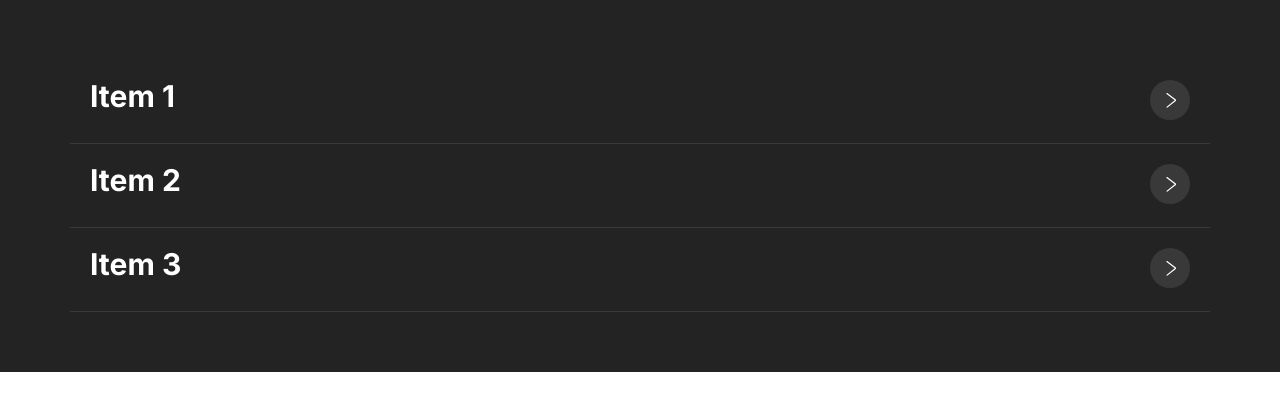
Repository: LeonUIO/first_website
Page: index.html
The author's editor kept a copy of each file at every save. The page is drawn from the files as they stood at one save, then again after a run of saves.
The browser window is 1280 px wide. The pictures show the whole page.

Above is the page before, as saved 2021-04-14 09:28:48.

### index.html
<!DOCTYPE html>
<html lang="en">
  <head>
    <meta charset="UTF-8" />
    <meta
      name="viewport"
      content="width=device-width, user-scalable=no, initial-scale=1.0, maximum-scale=1.0, minimum-scale=1.0"
    />
    <meta http-equiv="X-UA-Compatible" content="ie=edge" />
    <title>Document</title>
    <link rel="preconnect" href="https://fonts.gstatic.com" />
    <link
      href="https://fonts.googleapis.com/css2?family=Inter:wght@400;600;700&display=swap"
      rel="stylesheet"
    />
    <link rel="stylesheet" href="css/normalize.css" />
    <link rel="stylesheet" href="css/styles.css" />
  </head>
  <body>
    <footer class="block block--dark footer">
      <div class="container grid">
        <section class="collapsible footer__section">
          <div class="collapsible__header">
            <h2 class="collapsible__heading footer__heading">Item 1</h2>
            <svg class="icon icon--white collapsible--chevron">
              <use xlink:href="images/sprite.svg#chevron"></use>
            </svg>
          </div>
          <div class="collapsible__content">
            Lorem ipsum dolor sit amet consectetur, adipisicing elit. Incidunt,
            quae.
          </div>
        </section>
        <section class="collapsible footer__section">
          <div class="collapsible__header">
            <h2 class="collapsible__heading footer__heading">Item 2</h2>
            <svg class="icon icon--white collapsible--chevron">
              <use xlink:href="images/sprite.svg#chevron"></use>
            </svg>
          </div>
          <div class="collapsible__content">
            Lorem ipsum dolor sit amet consectetur, adipisicing elit. Incidunt,
            quae.
          </div>
        </section>
        <section class="collapsible footer__section">
          <div class="collapsible__header">
            <h2 class="collapsible__heading footer__heading">Item 3</h2>
            <svg class="icon icon--white collapsible--chevron">
              <use xlink:href="images/sprite.svg#chevron"></use>
            </svg>
          </div>
          <div class="collapsible__content">
            Lorem ipsum dolor sit amet consectetur, adipisicing elit. Incidunt,
            quae.
          </div>
        </section>
      </div>
    </footer>
    <script src="js/main.js"></script>
  </body>
</html>

### css/styles.css
:root {
  --color-primary: #2584ff;
  --color-secondary: #00d9ff;
  --color-accent: #ff3400;
  --color-headings: #1b0760;
  --color-body: #918ca4;
  --color-body-darker: #5c5577;
  --color-border: #ccc;
  --border-radius: 30px;
}

*,
*::after,
*::before {
  box-sizing: border-box;
}

/* Typography */
html {
  font-size: 62.5%;
}

body {
  font-family: Inter, arial, helvetica, sans-serif;
  color: var(--color-body);
  font-size: 2.4rem;
  line-height: 1.5;
}

h1,
h2,
h3 {
  color: var(--color-headings);
  margin-bottom: 1rem;
  line-height: 1.1;
}

h1 {
  font-size: 7rem;
}

h2 {
  font-size: 4rem;
}

h3 {
  font-size: 3rem;
}

@media screen and (min-width: 1024px) {
  body {
    font-size: 1.8rem;
  }

  h1 {
    font-size: 8rem;
  }

  h2 {
    font-size: 4rem;
  }

  h3 {
    font-size: 2.4rem;
  }
}

/* Links */
a {
  text-decoration: none;
}

.link-arrow {
  color: var(--color-accent);
  font-size: 2rem;
  font-weight: bold;
}

.link-arrow::after {
  content: "-->";
  margin-left: 5px;
  transition: margin-left 0.15s;
}

.link-arrow:hover::after {
  margin-left: 10px;
}

@media screen and (min-width: 1024px) {
  .link-arrow {
    font: size 1.5em;
  }
}

/* Badges */
.badge {
  white-space: nowrap;
  padding: 0.5rem 2rem;
  font-weight: 600;
  border-radius: 20px;
  font-size: 2rem;
}

.badge--primary {
  background: var(--color-primary);
  color: #fff;
}

.badge--secondary {
  background: var(--color-secondary);
  color: #fff;
}

.badge--small {
  font-size: 1.6rem;
}

@media screen and (min-width: 1024px) {
  .badge {
    font-size: 1.5rem;
  }

  .badge--small {
    font-size: 1.2rem;
  }
}

/* Lists */
.list {
  list-style: none;
  color: var(--color-headings);
  padding-left: 0;
}

.list--inline .list__item {
  display: inline-block;
  margin-right: 2rem;
}

.list--tick {
  list-style-image: url(../images/tick.svg);
  padding-left: 3rem;
}

.list--tick .list__item {
  margin-bottom: 1rem;
  padding-left: 0.5rem;
}

@media screen and (min-width: 1024px) {
  .list--tick .list__item {
    padding-left: 0;
  }
}

/* Icons */
.icon {
  width: 40px;
  height: 40px;
}

.icon--small {
  width: 30px;
  height: 30px;
}

.icon--primary {
  fill: var(--color-primary);
}

.icon--white {
  fill: #fff;
}

.icon-container {
  width: 64px;
  height: 64px;
  border-radius: 100%;
  background: #f3f9fa;
  display: inline-flex;
  justify-content: center;
  align-items: center;
}

.icon-container--accent {
  background: var(--color-accent);
}

/* Buttons */
.btn {
  border-radius: 40px;
  border: 0;
  cursor: pointer;
  font-size: 1.8rem;
  font-weight: 600;
  margin: 1rem 0;
  outline: 0;
  padding: 2rem 3rem;
  text-transform: uppercase;
  text-align: center;
  white-space: nowrap;
}

.btn .icon {
  width: 2rem;
  height: 2rem;
  margin-right: 1rem;
  vertical-align: middle;
}

.btn--primary {
  background: var(--color-primary);
  color: #fff;
}

.btn--primary:hover {
  background: #3a8ffd;
}

.btn--secondary {
  background: var(--color-secondary);
  color: #fff;
}

.btn--secondary:hover {
  background: #00c8eb;
}

.btn--accent {
  background: var(--color-accent);
  color: #fff;
}

.btn--accent:hover {
  background: #ec3000;
}

.btn--stretched {
  padding-left: 6rem;
  padding-right: 6rem;
}

.btn--block {
  width: 100%;
  display: inline-block;
}

.btn--outline {
  background: #fff;
  color: var(--color-headings);
  border: 2px solid var(--color-headings);
}

.btn--outline:hover {
  background: var(--color-headings);
  color: #fff;
}

@media screen and (min-width: 1024px) {
  .btn {
    font-size: 1.5rem;
  }
}

/* Inputs */
.input {
  border-radius: var(--border-radius);
  border: 1px solid var(--color-border);
  color: var(--color-headings);
  font-size: 2rem;
  outline: 0;
  padding: 1.5rem 3.5rem;
}

::placeholder {
  color: #cdcbd7;
}

.input-group {
  border-radius: var(--border-radius);
  border: 2px solid var(--color-border);
  display: flex;
}

.input-group .input {
  border: 0;
  flex-grow: 1;
  padding: 1.5rem 2rem;
}

.input-group .btn {
  margin: 4px;
}

@media screen and (min-width: 1024px) {
  .input {
    font-size: 1.5rem;
  }
}

/* Cards */
.card {
  border-radius: 7px;
  box-shadow: 0 0 20px 10px #f3f3f3;
  overflow: hidden;
}

.card__header,
.card__body {
  padding: 2rem 3rem;
}

.card--primary .card__header {
  background: var(--color-primary);
  color: #fff;
}

.card--secondary .card__header {
  background: var(--color-secondary);
  color: #fff;
}

.card--primary .badge--primary {
  background: #126de4;
}

.card--secondary .badge--secondary {
  background: #02cdf1;
}

/* Plans */
.plan {
  transition: transform 0.2s ease-out;
}

.plan__name {
  color: #fff;
  margin: 0;
  font-weight: 500;
  font-size: 2.4rem;
}

.plan__price {
  font-size: 6rem;
}

.plan__billing-cycle {
  font-size: 2.4rem;
  font-weight: 300;
  opacity: 0.8;
  margin-right: 1rem;
}

.plan__description {
  font-size: 2rem;
  font-weight: 300;
  letter-spacing: 1px;
  display: block;
}

.plan .list__item {
  margin-bottom: 2rem;
}

.plan--popular {
  transform: scale(1.1);
}

.plan--popular .card__header {
  position: relative;
}

.plan--popular .card__header::before {
  content: url(../images/popular.svg);
  width: 40px;
  display: inline-block;
  position: absolute;
  top: -6px;
  right: 5%;
}

.plan:hover {
  transform: scale(1.05);
}

.plan--popular:hover {
  transform: scale(1.15);
}

@media screen and (min-width: 1024px) {
  .plan__name {
    font-size: 1.4rem;
  }

  .plan__price {
    font-size: 5rem;
  }

  .plan__billing-cycle {
    font-size: 1.6rem;
  }

  .plan__description {
    font-size: 1.7rem;
  }
}

/* Media */
.media {
  display: flex;
}

.media__title {
  margin-top: 0;
}

.media__body {
  margin: 0 2rem;
}

.media__image {
  margin-top: 1rem;
}

/* Quotes */
.quote {
  font-size: 3rem;
  color: var(--color-body-darker);
  font-style: italic;
  line-height: 1.3;
}

.quote__text::before {
  content: open-quote;
}

.quote__text::after {
  content: close-quote;
}

.quote__footer {
  font-style: normal;
}

.quote--line {
  position: relative;
  bottom: 10px;
}

.quote__author {
  font-size: 3rem;
  font-weight: 500;
  margin-bottom: 0;
}

.quote__company {
  color: var(--color-headings);
  margin-top: 0;
  font-size: 2rem;
  opacity: 0.4;
}

@media screen and (min-width: 1024px) {
  .quote {
    font-size: 2rem;
  }

  .quote__author {
    font-size: 2.4rem;
  }

  .quote__company {
    font-size: 1.6rem;
  }
}

/* Grids */
.grid {
  display: grid;
}

@media screen and (min-width: 768px) {
  .grid--cols-2 {
    grid-template-columns: repeat(2, 1fr);
  }
}
@media screen and (min-width: 1024px) {
  .grid--cols-3 {
    grid-template-columns: repeat(3, 1fr);
  }
}

/* Testimonial */
.testimonial {
  padding: 3rem;
}

.testimonial__image > img {
  width: 100%;
}

.testimonial__image {
  position: relative;
}

.testimonial__image > .icon-container {
  position: absolute;
  top: 3rem;
  right: -32px;
}

@media screen and (min-width: 768px) {
  .testimonial .quote,
  .testimonial .quote__author {
    font-size: 2.4rem;
  }

  .testimonial .quote {
    margin-left: 6rem;
  }
}

@media screen and (max-width: 768px) {
  .testimonial .icon-container {
    width: 60px;
    height: 60px;
  }
  .testimonial__image > .icon-container {
    position: absolute;
    top: 3rem;
    right: -30px;
  }
}

/* Callouts */
.callout {
  border-radius: 5px;
  padding: 4rem;
}

.callout--primary {
  background: var(--color-primary);
  color: #fff;
}

.callout__heading {
  margin-top: 0;
  font-size: 3rem;
  color: #fff;
}

.callout__content {
  text-align: center;
}

.callout .btn {
  justify-self: center;
  align-self: center;
}

@media (min-width: 768px) {
  .callout .grid--cols-2 {
    grid-template-columns: 1fr auto;
  }

  .callout__content {
    text-align: left;
  }

  .callout .btn {
    justify-self: start;
    margin: 0 2rem;
  }
}

/* Collapsibles */
.collapsible__header {
  display: flex;
  justify-content: space-between;
}

.collapsible__heading {
  margin-top: 0;
  font-size: 3rem;
}

.collapsible--chevron {
  transform: rotate(-90deg);
}

.collapsible__content {
  max-height: 0;
  overflow: hidden;
  opacity: 0;
  transition: all 0.3s;
}

.collapsible--expanded .collapsible--chevron {
  transform: rotate(0);
}

.collapsible--expanded .collapsible__content {
  max-height: 100vh;
  opacity: 1;
}

/* Blocks */
.block {
  --padding-vertical: 6rem;
  padding: var(--padding-vertical) 2rem;
}

.block__header {
  text-align: center;
  margin-bottom: 4rem;
}

.block__heading {
  margin-top: 0;
}

.block--dark {
  background: #000;
  color: #7b858b;
}

.block--dark .block__heading {
  color: #fff;
}

.block--skewed-right {
  padding-bottom: calc(var(--padding-vertical) + 4rem);
  clip-path: polygon(0% 0%, 100% 0%, 100% 100%, 0% 80%);
}

.block--skewed-left {
  padding-bottom: calc(var(--padding-vertical) + 4rem);
  clip-path: polygon(0% 0%, 100% 0%, 100% 80%, 0% 100%);
}

.container {
  max-width: 1140px;
  margin: 0 auto;
}

/* Navigation Bar */
.nav {
  background: #000;
  display: flex;
  justify-content: space-between;
  flex-wrap: wrap;
  padding: 0 1rem;
  align-items: center;
}

.nav__list {
  width: 100%;
  margin: 0;
}

.nav__item {
  border-bottom: 1px solid #222;
  padding: 0.5rem 2rem;
}

.nav__item > a {
  color: #d2d0db;
  transition: color 0.3s;
}

.nav__item > a:hover {
  color: #fff;
}

.nav__toggler {
  opacity: 0.5;
  transition: box-shadow 0.15s;
  cursor: pointer;
}

.nav.collapsible--expanded .nav__toggler {
  opacity: 1;
  box-shadow: 0 0 0 3px #666;
  border-radius: 5px;
}

.nav__brand {
  transform: translateY(5px);
}

@media screen and (min-width: 768px) {
  .nav__toggler {
    display: none;
  }

  .nav__list {
    width: auto;
    display: flex;
    font-size: 1.6rem;
    max-height: 100%;
    opacity: 1;
  }

  .nav__item {
    border: 0;
  }
}

/* Hero */
.hero {
  clip-path: polygon(0% 0%, 100% 0%, 100% 90%, 0% 100%);
}

.hero__tagline {
  font-size: 2rem;
  color: #b9c3cf;
  letter-spacing: 1px;
  margin: 2rem 0 5rem;
}

.hero__image {
  width: 100%;
}

@media screen and (min-width: 768px) {
  .hero {
    padding-top: 0;
  }

  .hero__content {
    text-align: left;
    align-self: center;
  }
}

/* Domain Block */
.block-domain .input-group {
  box-shadow: 0 0 30px 20px #e6ebee;
  border: 0;
  margin: 4rem auto;
  max-width: 670px;
}

.block-domain__prices {
  display: grid;
  grid-template-columns: repeat(3, 1fr);
  grid-template-rows: repeat(2, 6rem);
  font-size: 2rem;
  font-weight: 600;
  justify-items: center;
  max-width: 700px;
  margin: 0 auto;
}

@media screen and (min-width: 768px) {
  .block-domain__prices {
    grid-template-columns: repeat(auto-fit, minmax(10rem, 1fr));
  }
}
/* Plan Block */
.block-plan .grid {
  gap: 8rem 4rem;
}

.block-plan .card {
  max-width: 500px;
  margin: 0 auto;
}

/* Features */
.feature {
  gap: 2rem 4rem;
  margin: 12rem 0;
}

.feature:first-of-type {
  margin: 6rem 0;
}

.feature__heading {
  margin: 1rem 0;
}

.feature__image {
  width: 100%;
}

@media screen and (min-width: 768px) {
  .feature:nth-of-type(even) .feature__content {
    order: 2;
  }
}

/* Showcase Block */
.block-showcase__image > img {
  width: 100%;
}

@media screen and (min-width: 768px) {
  .block-showcase .grid {
    grid-template-columns: 50% 50%;
  }

  .block-showcase__image {
    justify-self: end;
  }

  .block-showcase__image > img {
    width: auto;
    max-width: 700px;
  }
}

/* Footer */
.footer {
  background: #232323;
}

.footer__section {
  padding: 2rem;
  border-bottom: 1px solid #393939;
}

.footer__heading {
  color:#fff;

}

Loaded but not shown: css/normalize.css (library); js/main.js (common file)

After the next 3 saves:
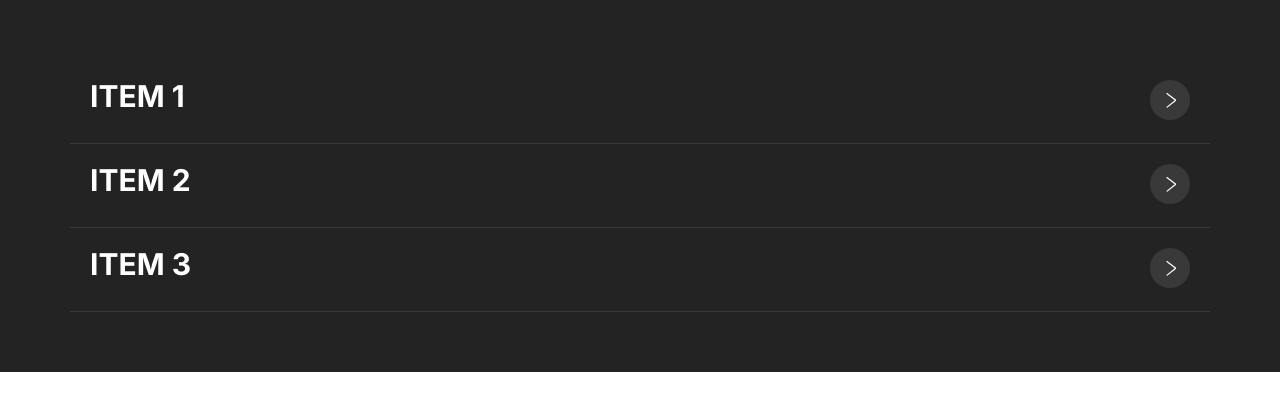
The 3 saves are shown as one change because they came seconds apart.
The last was saved 38 s later.
--- a/css/styles.css
+++ b/css/styles.css
@@ -823,5 +823,6 @@ a {
 
 .footer__heading {
   color:#fff;
-
-}
+  text-transform: uppercase;
+
+}
